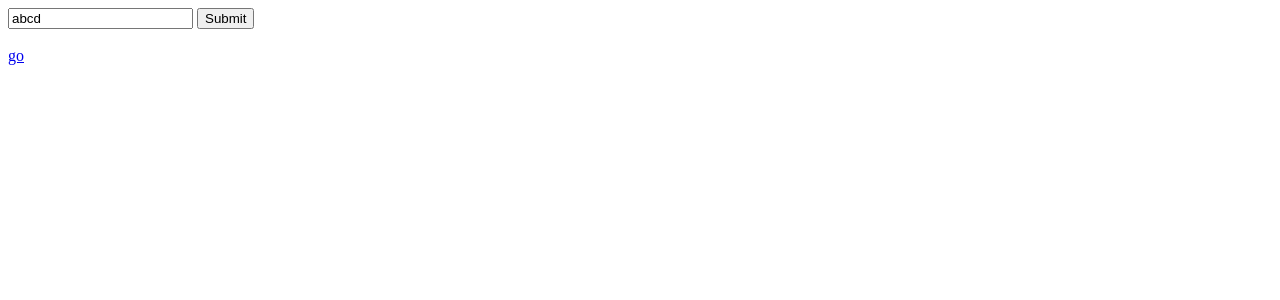
Repository: hwa3845/fullstackjava
Page: http://localhost/web02/ex07.jsp
These files come from the project's save history. The page is drawn as it stood at one moment and after the next save; the edit follows.
The browser window is 1280 px wide. The pictures show the whole page.
The page is served by Tomcat 9.

Above is the page before, as saved 2025-04-15 03:32:44.

After the next save:
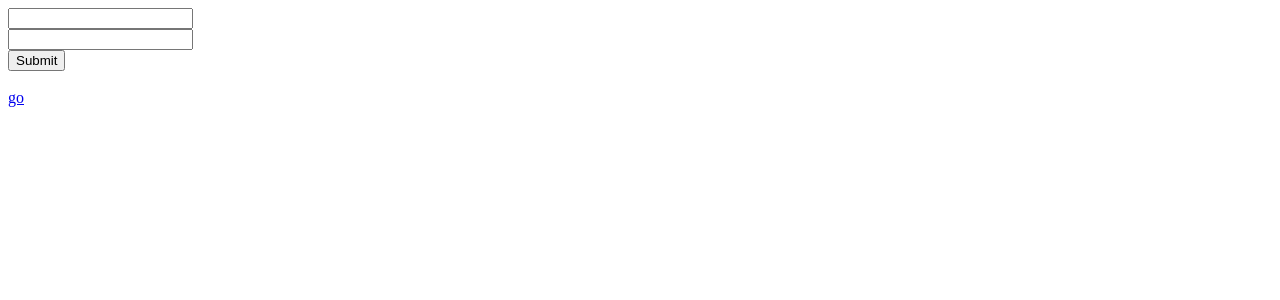
Saved 55 s later.
--- a/webWorkspace/web02/WebContent/ex07.jsp
+++ b/webWorkspace/web02/WebContent/ex07.jsp
@@ -8,7 +8,8 @@
 </head>
 <body>
 <form action="ex08.jsp" method="post">
-	<input type="text" name="id" value="abcd">
+	<input type="text" name="id" ><br/>
+	<input type="text" name="pw" ><br/>
 	<input type="submit">
 </form>
 <br>
